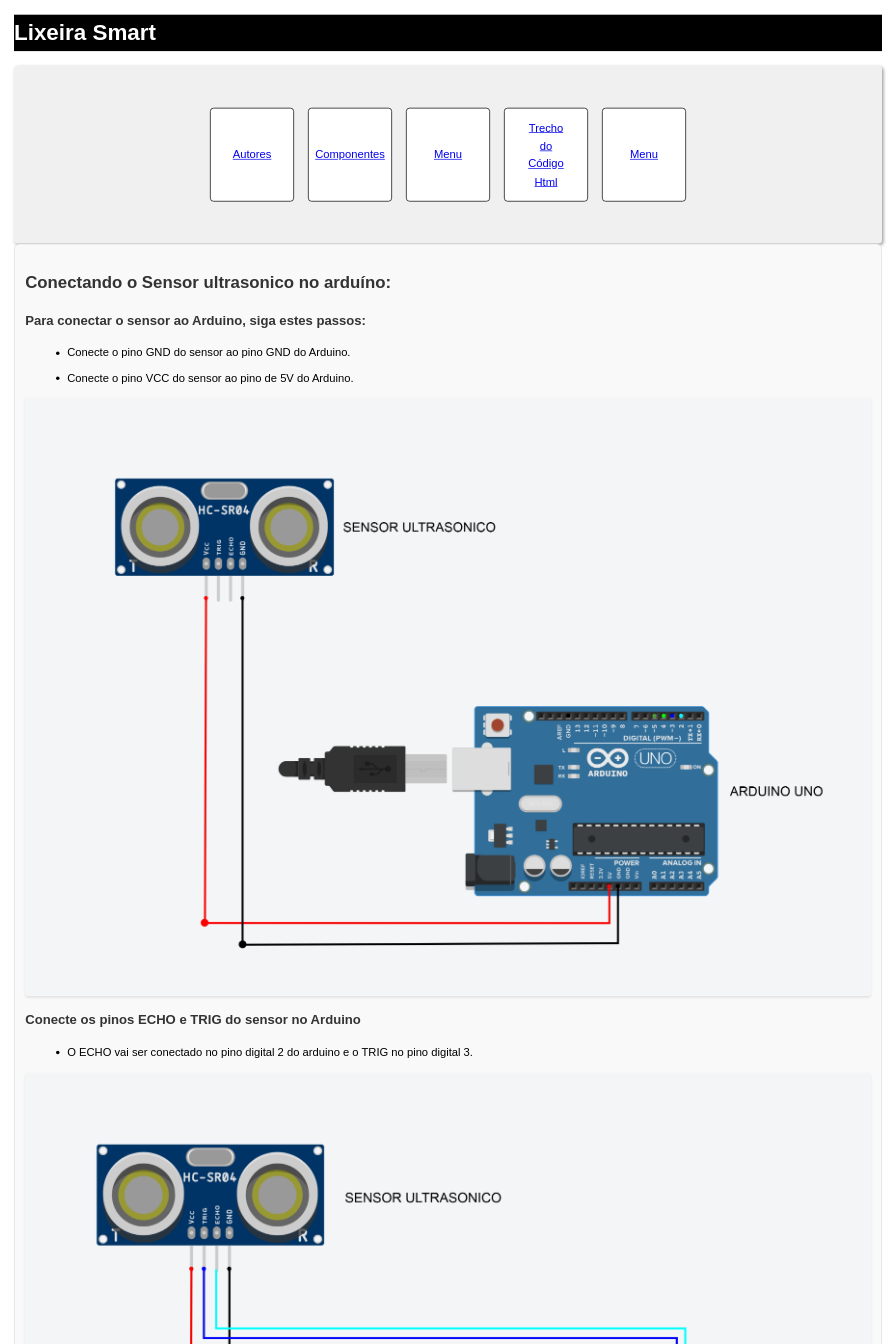
Repository: Eito2511/Site-tutorial-arduino
Page: tutorial.html
The author's editor kept a copy of each file at every save. The page is drawn from the files as they stood at one save, then again after a run of saves.
The browser window is 1280 px wide. The pictures show the part of the page from y = 0 to 1920 px (the page is 4576 px tall), at 70% of full size.

Above is the page before, as saved 2025-06-03 19:05:51.

After the next 4 saves:
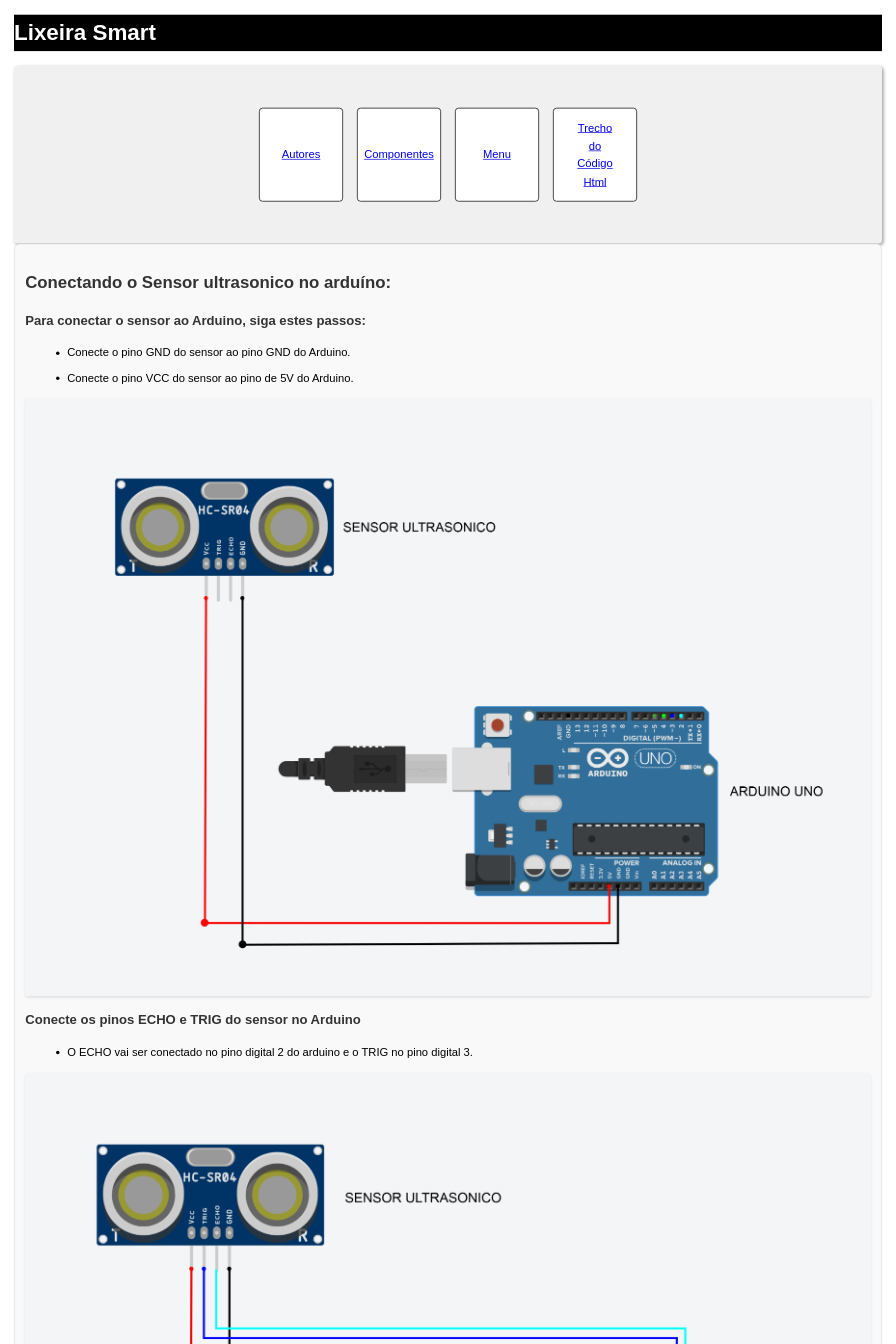
The 4 saves are shown as one change because they came seconds apart.
The last was saved 9 s later.
--- a/tutorial.html
+++ b/tutorial.html
@@ -15,7 +15,7 @@
         <a href="componentes.html" class="btn">Componentes</a>
         <a href="index.html" class="btn">Menu</a>
         <a href="html.html" class="btn">Trecho do Código Html</a>
-        <a href="index.html" class="btn">Menu</a>
+
 
       </section>
 
